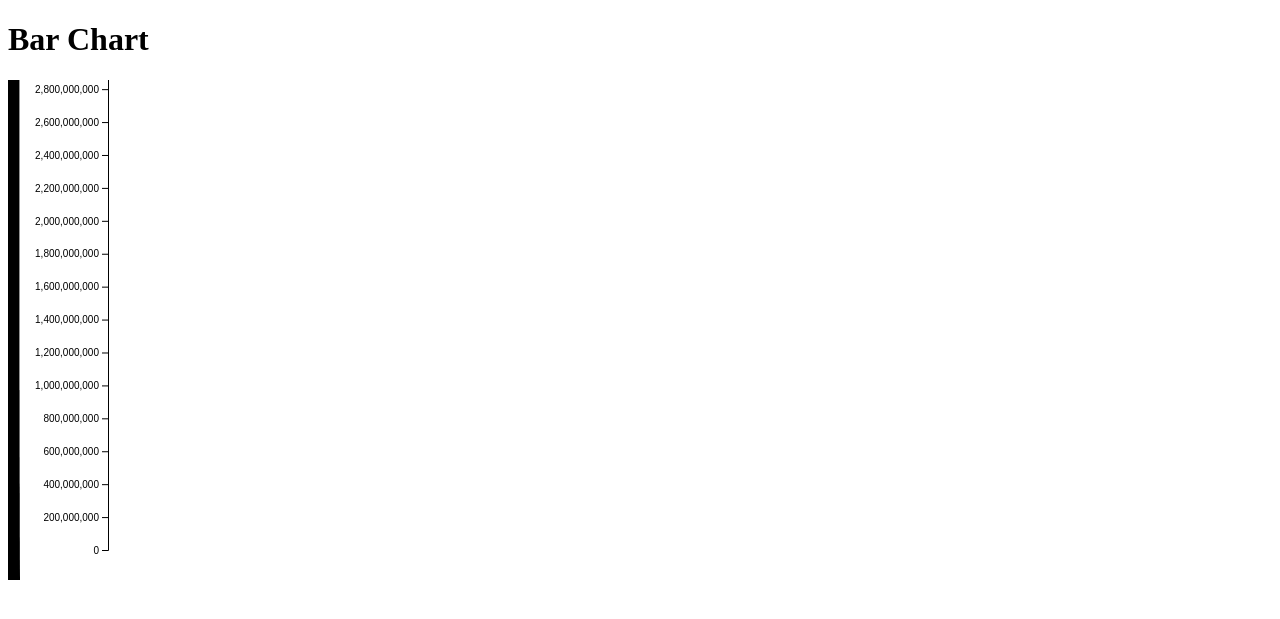
Repository: komalharjani/d3js-visualisation
Page: index.html
An editor plug-in stored every save of this project. The page is shown before and after a run of saves, followed by the edit.
The browser window is 1280 px wide. The pictures show the whole page.

Above is the page before, as saved 2020-04-29 18:41:58.

### index.html
<!DOCTYPE html>
<html lang="en">
<head>
    <meta charset="UTF-8">
    <meta name="viewport" content="width=device-width, initial-scale=1.0">
    <title>Information Visualisation Practical 3</title>
</head>
<body>
    <div id="barChart"></div>
    <h1>Bar Chart</h1>

</body>
<script src="https://d3js.org/d3.v5.min.js"></script>
<script src="index.js"></script>
</html>

### index.js

let dataPath = "data/energy.csv";
d3.csv(dataPath)
        .then(function (data) {

                let finals = [];

                //Filter Data into new object
                for (let i = 0; i < data.length; i++) {
                        if (data[i].region == "Combined" && data[i].year == 1990) {
                                finals.push({
                                        amount: parseInt(data[i].amount),
                                        type: data[i].type,
                                })
                        }
                }
                console.log(finals);

                let width = 1000;
                let height = 500;
                let margin = {
                        top: 20,
                        right: 20,
                        bottom: 20,
                        left: 50
                };
                let barwidth = (width / finals.length);

                //Append to HTML Document
                let svg = d3.select("body")
                        .append("svg")
                        .attr("height", height)
                        .attr("width", width);

                //Scales
                let xscale = d3.scaleLinear()
                        .domain([0, d3.max(finals, d => d.amount)])
                        .range([0, width]);

                let yscale = d3.scaleLinear()
                        .domain([0, d3.max(finals, d => d.amount)])
                        .range([height, 0]);

                //text scales
                let yscales = d3.scaleBand()
                .domain(data.map(d => d.type))
                .range(0, width);

                //Axis

                let y_axis = d3.axisLeft()
                        .scale(yscale);

                svg.append("g")
                        .attr("transform", "translate(100,-30)")
                        .call(y_axis)


                //X Axis
                // let x_axis = d3.axisBottom()
                //         .scale(xscale);
                // let xAxisTranslate = height - 30;

                // svg.append("g")
                //         .attr("transform", "translate(100,30)")
                //         .call(yscales)

                //Barchart
                svg.selectAll("body") //add rectangles to all data
                        .data(finals) //provide finals as dataset
                        .enter()
                        .append("rect")
                        .attr("y", function (d) {
                                return height - xscale(d.amount);
                        })
                        .attr("height", function (d) {
                                return xscale(d.amount);
                        })
                        .attr("width", barwidth - 5)
                        .attr("transform", function (d, i) {
                                let translate = [barwidth * i,-30];
                                return "translate(d," + translate + ")";
                        })
                        .attr("fill", 'black');

                // Barchart Text
                // let text = svg.selectAll("text")
                //         .data(finals)
                //         .enter()
                //         .append("text")
                //         .text(function (d) {
                //                 return d.amount;
                //         })
                //         .attr("y", function (d, i) {
                //                 return height - xscale(d.amount) - 2;
                //         })
                //         .attr("x", function (d, i) {
                //                 return barwidth * i - 30;
                //         })

        });

After the next 3 saves:
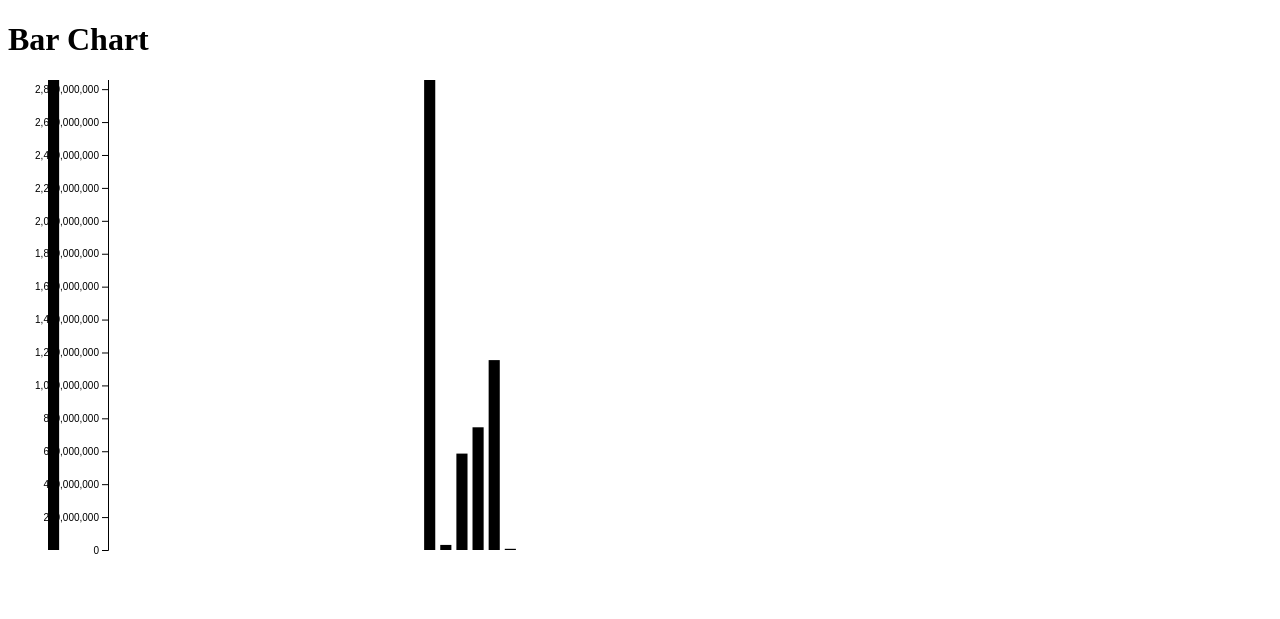
The 3 saves are shown as one change because they came seconds apart.
The last was saved 12 s later.
--- a/index.js
+++ b/index.js
@@ -79,7 +79,7 @@ d3.csv(dataPath)
                         .attr("width", barwidth - 5)
                         .attr("transform", function (d, i) {
                                 let translate = [barwidth * i,-30];
-                                return "translate(d," + translate + ")";
+                                return "translate(4" + translate + ")";
                         })
                         .attr("fill", 'black');
 
